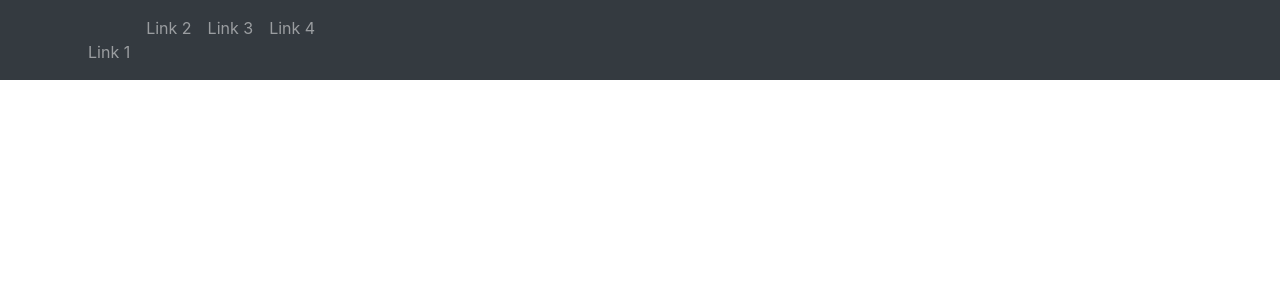
Repository: djzaragoza/bzbeemama
Page: index.html
These files come from the project's save history. The page is drawn as it stood at one moment and after the next save; the edit follows.
The browser window is 1280 px wide. The pictures show the whole page.
Some web libraries are served in a nearby version.

Above is the page before, as saved 2020-04-06 07:17:42.

After the next save:
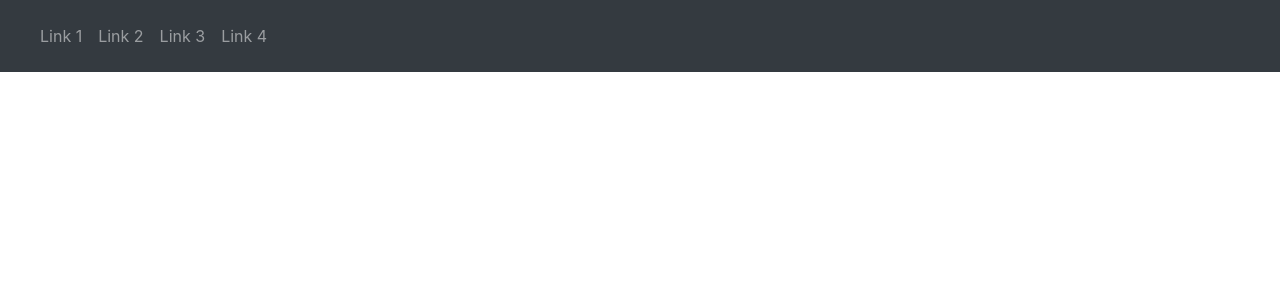
Saved 58 s later.
--- a/index.html
+++ b/index.html
@@ -15,7 +15,6 @@
         <!-- bg-priary, bg-success, bg-warning, bg-info, and bg-danger-->
         <nav class="navbar navbar-expand-md navbar-dark bg-dark">
 
-            <a class="navbar-brand">
             <span class="navbar navbar-expand-md navbar-dark bg-dark">
 
 
